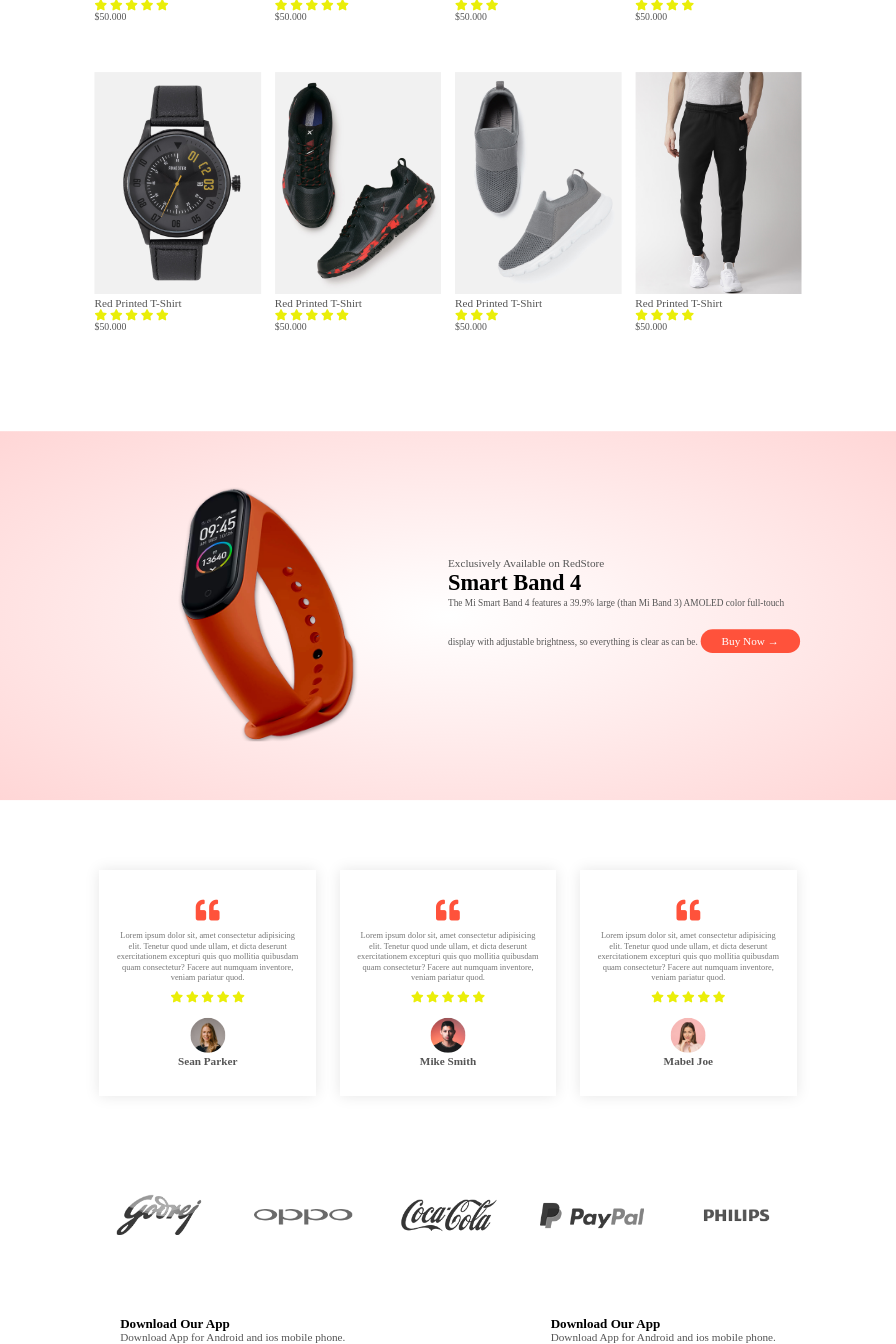
Repository: tuan21052000/Frontend
Page: index.html
These files come from the project's save history. The page is drawn as it stood at one moment and after the next save; the edit follows.
The browser window is 1280 px wide. The pictures show the part of the page from y = 2370 to 4290 px (the page is 4290 px tall), at 70% of full size.

Above is the page before, as saved 2022-05-09 17:15:42.

After the next save:
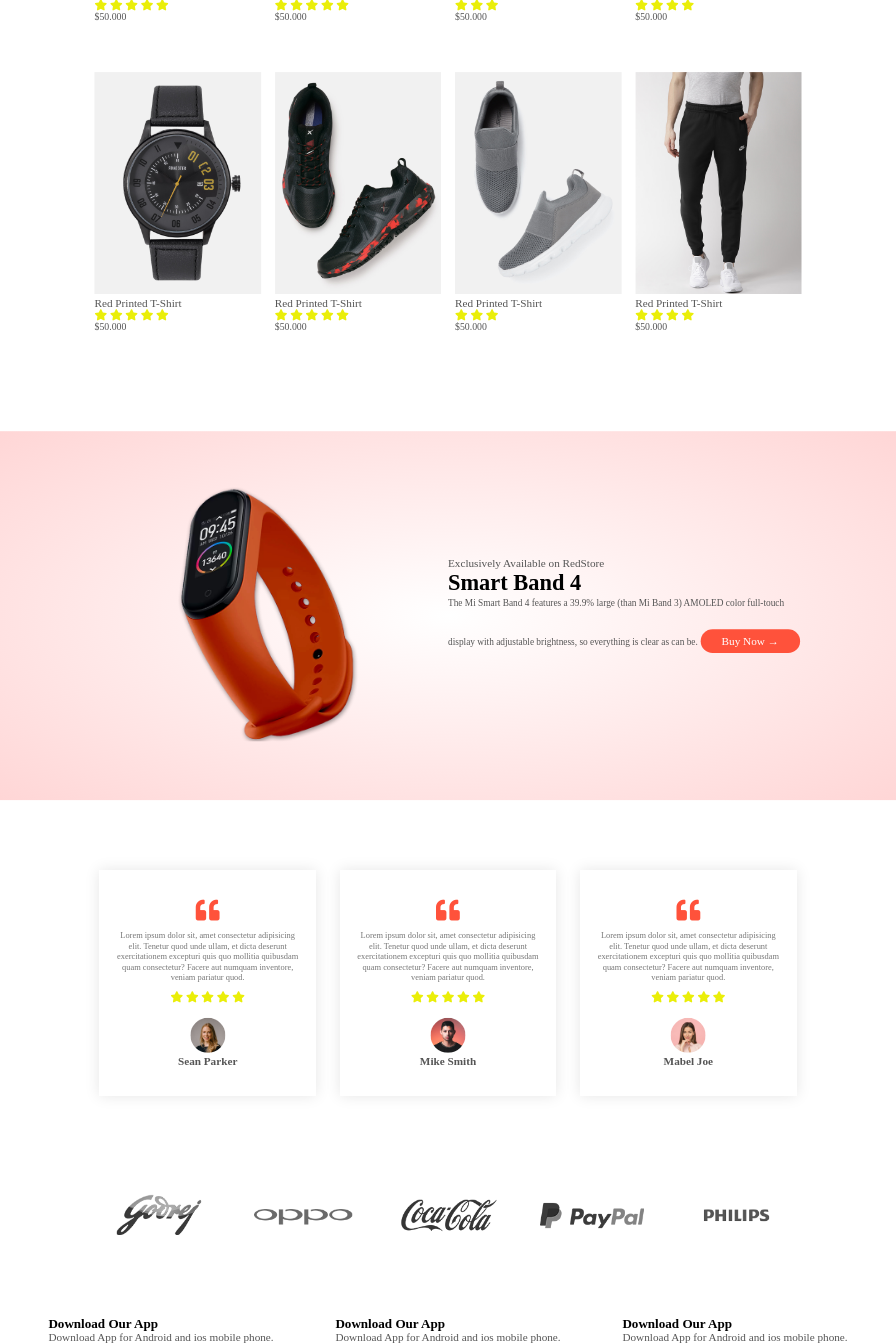
Saved 4 h 7 min later.
--- a/index.html
+++ b/index.html
@@ -320,6 +320,10 @@
                 <h3>Download Our App</h3>
                 <p>Download App for Android and ios mobile phone.</p>
             </div>
+            <div class="footer-col-3">
+                <h3>Download Our App</h3>
+                <p>Download App for Android and ios mobile phone.</p>
+            </div>
         </div>
     </div>
 </div>
